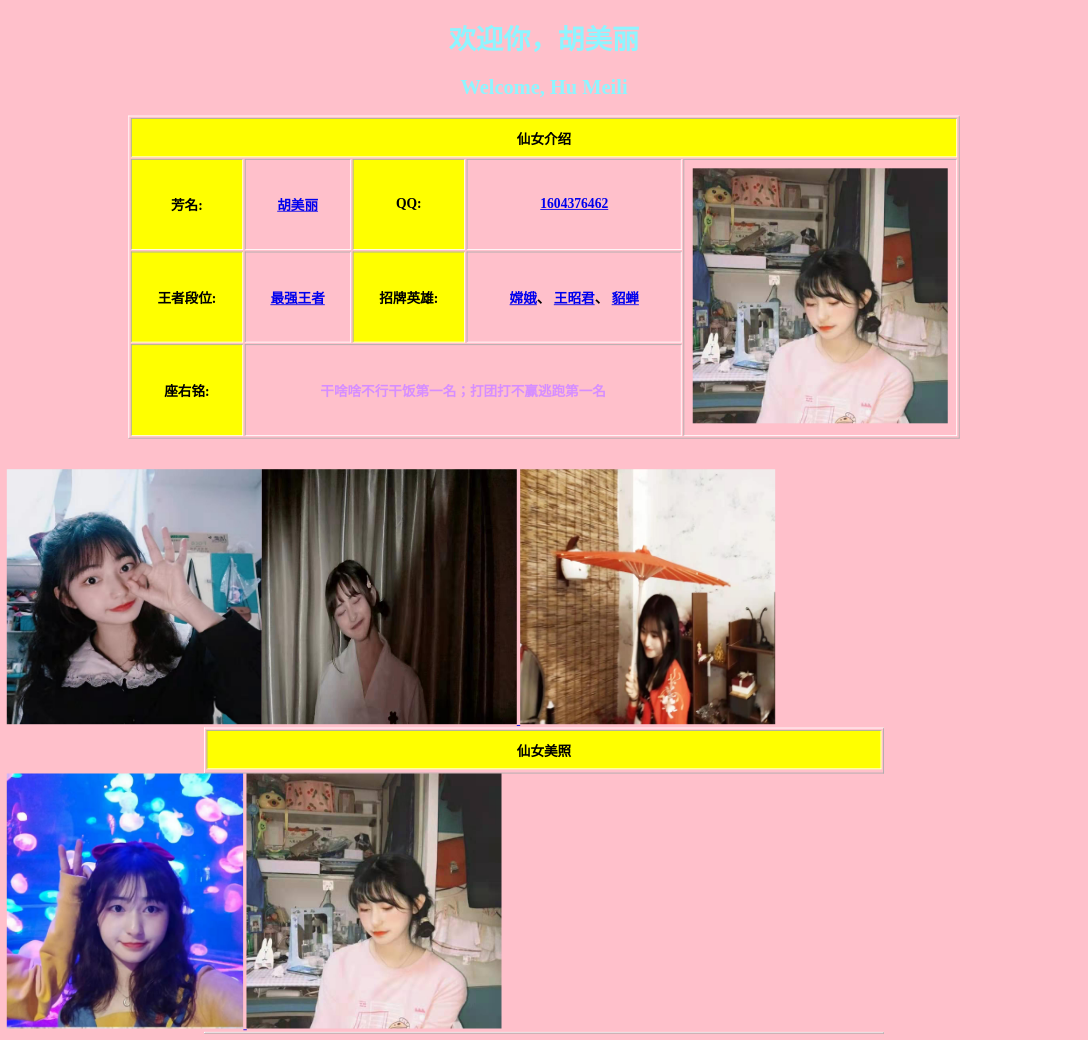
Repository: NanmeiYC/NanmeiYC.github.io
Page: ceshi2.html
An editor plug-in stored every save of this project. The page is shown before and after a run of saves, followed by the edit.
The browser window is 1280 px wide. The pictures show the whole page, at 85% of full size.

Above is the page before, as saved 2021-05-29 03:12:44.

After the next 8 saves:
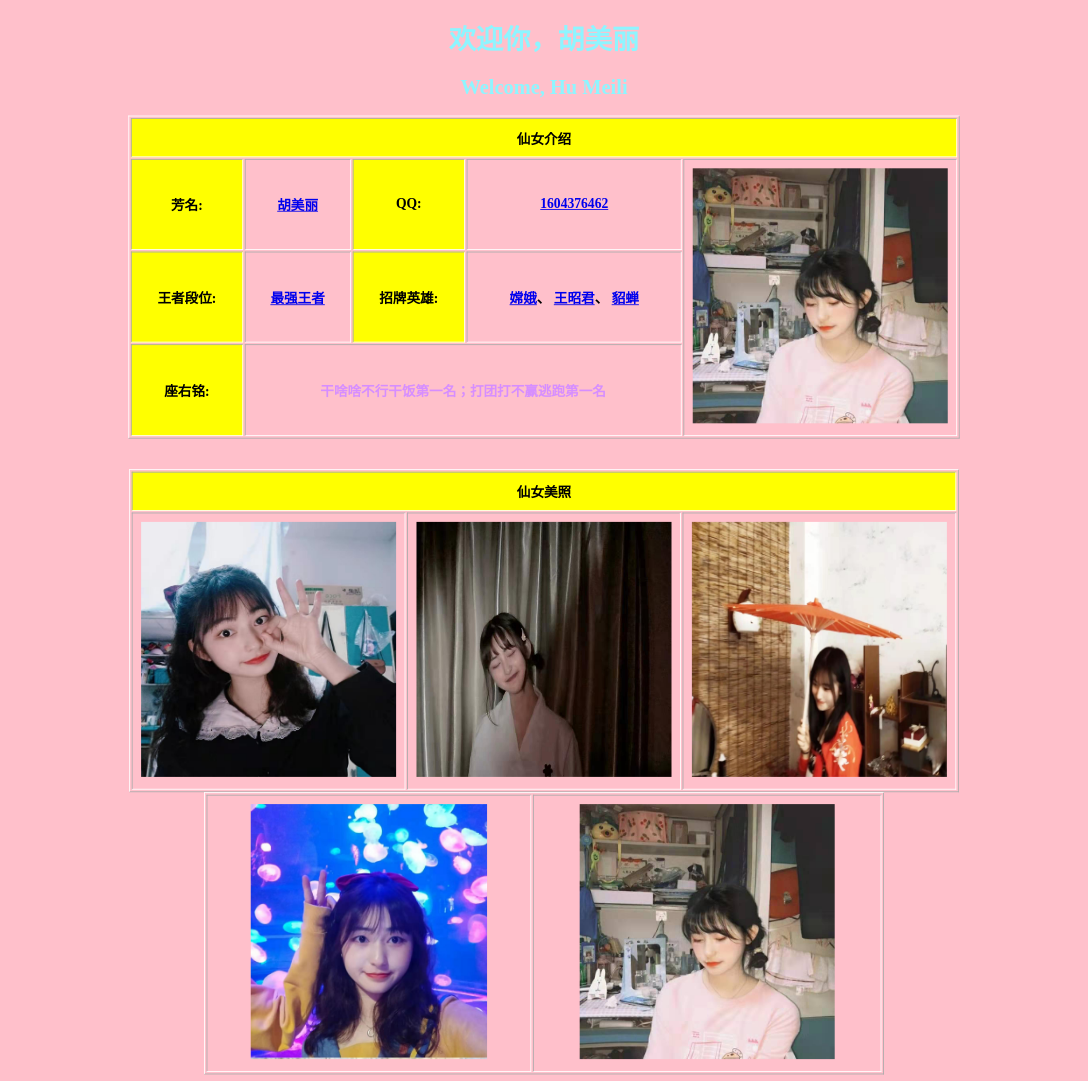
The 8 saves are shown as one change because they came seconds apart.
The last was saved 45 s later.
--- a/ceshi2.html
+++ b/ceshi2.html
@@ -42,13 +42,13 @@
             <th colspan="9" bgcolor="yellow">仙女美照</th>
         </tr>
         <tr align="center">
-            <th1 rowspan="3" width="100" <p><a href="humeili.html"><img border="0" src="images\胡美丽3.jpg" width="300px" height="300px"></th1>
-            <th2 rowspan="3" width="100" <p><a href="humeili.html"><img border="0" src="images\胡美丽2.jpg" width="300px" height="300px"></th2>
-            <th3 rowspan="3" width="100" <p><a href="humeili.html"><img border="0" src="images\胡美丽1.jpg" width="300px" height="300px"></th3>
+            <th rowspan="3" width="100" <p><a href="humeili.html"><img border="0" src="images\胡美丽3.jpg" width="300px" height="300px"></th>
+            <th rowspan="3" width="100" <p><a href="humeili.html"><img border="0" src="images\胡美丽2.jpg" width="300px" height="300px"></th>
+            <th rowspan="3" width="100" <p><a href="humeili.html"><img border="0" src="images\胡美丽1.jpg" width="300px" height="300px"></th>
         </tr>
         <table border="1" align="center" cellpadding="10" width="800" style="border-color:rgb(255, 255, 255);">
         <tr align="center">
-            <th4 rowspan="3" width="100" <p><a href="humeili.html"><img border="0" src="images\胡美丽4.jpg"  widh=300px" height="300px"></th4>
-            <th5 rowspan="3" width="100" <p><a href="humeili.html"><img border="0" src="images\胡美丽主.jpg" width="300px" height="300px"></th5>
+            <th rowspan="3" width="100" <p><a href="humeili.html"><img border="0" src="images\胡美丽4.jpg"  widh=300px" height="300px"></th>
+            <th rowspan="3" width="100" <p><a href="humeili.html"><img border="0" src="images\胡美丽主.jpg" width="300px" height="300px"></th>
         </tr>
     </table>
